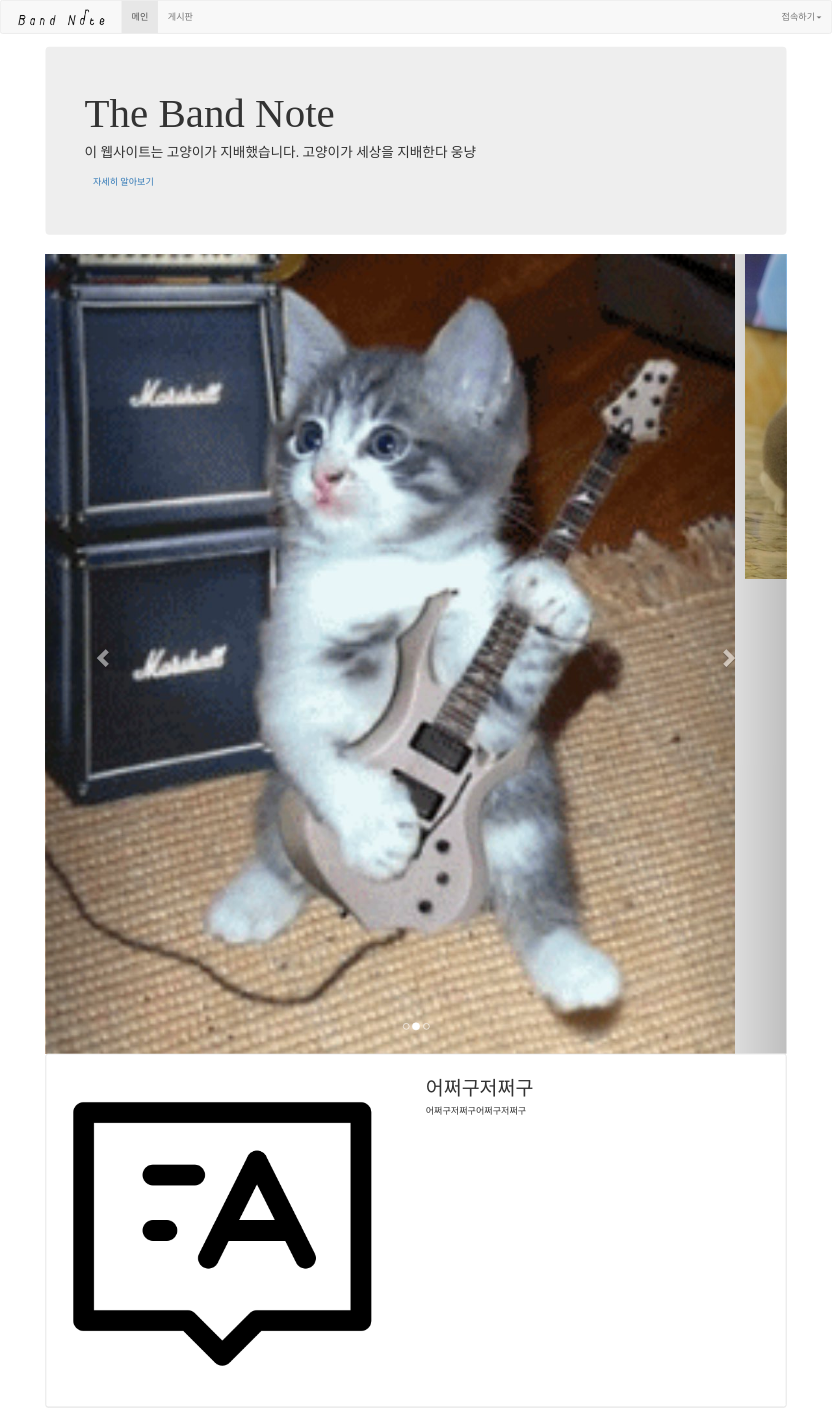
Repository: SweetFriedPotato/BandNote
Page: http://localhost/BBS/main.jsp
An editor plug-in stored every save of this project. The page is shown before and after the next save, followed by the edit.
The browser window is 1280 px wide. The pictures show the whole page, at 65% of full size.
Some web fonts or font styles are not loaded; a fallback is used. Some web libraries are served in a nearby version. The page is served by Tomcat 9. Other server files are loaded and not shown.

Above is the page before, as saved 2024-03-01 07:10:07.

### BBS/src/main/webapp/main.jsp
<%@ page language="java" contentType="text/html; charset=UTF-8"
    pageEncoding="UTF-8"%>
<%@ page import="java.io.PrintWriter" %>

<!DOCTYPE html>
<html>
<head>
<meta http-equiv="Content-Type" content="text/html; charset=UTF-8">
<meta name="viewport" content="width-device-width", initial-scale="1">
<link rel="stylesheet" href="css/bootstrap.css">
<link rel="stylesheet" href="css/custom.css">
<title>B A N D N O T E</title>
</head>
<body>
	<%
		String userID = null;
		if(session.getAttribute("userID") != null){
			userID = (String) session.getAttribute("userID");
		}
	%>

	<nav class="navbar navbar-default">
        <div class="navbar-header">
             <button type="button" class="navbar-toggle collapsed"
             data-toggle="collapse" data-target="#bs-example-navbar-collapse-1"
             aria-expanded="false">
             <span class="icon-bar"></span>
             <span class="icon-bar"></span>
             <span class="icon-bar"></span>
             </button>
             <a class="navbar-brand" href="main.jsp" style="height: 40px; margin-top: -5px;">
    			<img src="images/logo1.png" alt="BANDNOTE Logo" style="width: auto; height: 35px">
			</a>
        </div>

                <div class="collapse navbar-collapse" id="bs-example-navbar-collapse-1">
                	<ul class="nav navbar-nav">
                		<li class= "active"> <a href="main.jsp">메인</a></li>
                	    <li> <a href="bbs.jsp">게시판</a></li>
                	</ul>
                	<%
                		if(userID == null){
                	%>
                	<ul class="nav navbar-nav navbar-right">
						<li class="dropdown">
							<a href="#" class="dropdown-toggle"
								data-toggle="dropdown" role="button" aria-haspopup="true"
								aria-expanded="false">접속하기<span class="caret"></span></a>
							<ul class="dropdown-menu">
								<li><a href="login.jsp">로그인</a></li>
								<li><a href="join.jsp">회원가입</a></li>
							</ul>
						</li>
					</ul>
                	<%
                		}else{
                	%>
                	<ul class="nav navbar-nav navbar-right">
						<li class="dropdown">
							<a href="#" class="dropdown-toggle"
								data-toggle="dropdown" role="button" aria-haspopup="true"
								aria-expanded="false">회원관리<span class="caret"></span></a>
							<ul class="dropdown-menu">
								<li><a href="logoutAction.jsp">로그아웃</a></li>

							</ul>
						</li>
					</ul>
                	<%
                		}
                	%>

		</div>
	</nav>
	<div class="container">
		<div class="jumbotron">
			<h1>The Band Note</h1>
			<p>이 웹사이트는 고양이가 지배했습니다. 고양이가 세상을 지배한다 웅냥</p>
			<p><a class="btn btn=primary btn-pull" href="#" role="button">자세히 알아보기</a></p>
		</div>
	</div>

	<div class="container">
		<div id="myCarousel" class="carousel slide" data-ride="carousel">
			<ol class="carousel-indicators">
				<li data-target="#myCarousel" data-slide-to="1" class="active"></li>
				<li data-target="#myCarousel" data-slide-to="2"></li>
				<li data-target="#myCarousel" data-slide-to="3"></li>
			</ol>
			<div class="carousel-inner">
				<div class="item active">
					<img src="images/catGuitar.jpeg">
				</div>
				<div class="item">
					<img src="images/catGuitar2.png">
				</div>
				<div class="item">
					<img src="images/catGuitar3.jpeg">
				</div>
			</div>
			<a class="left carousel-control" href="#myCarousel" data-slide="prev">
				<span class="glyphicon glyphicon-chevron-left"></span>
			</a>
			<a class="right carousel-control" href="#myCarousel" data-slide="next">
				<span class="glyphicon glyphicon-chevron-right"></span>
			</a>
		</div>
	</div>


	<div class="container">
    <div class="row">
        <div class="col-sm-12">
            <div class="panel panel-default">
                <div class="panel-body">
                    <div class="row">
                        <div class="col-sm-6">
                            <img src="images/text.png" class="img-responsive" alt="Cat with Guitar" style="max-width: 100%; height: auto;">
                        </div>
                        <div class="col-sm-6">
                            <h2>어쩌구저쩌구</h2>
                            <p>어쩌구저쩌구어쩌구저쩌구</p>
                        </div>
                    </div>
                </div>
            </div>
        </div>
    </div>
</div>

   <script src="https://code.jquery.com/jquery-3.1.1.min.js"></script>
   <script src="js/bootstrap.js"></script>

</body>
</html>

### BBS/src/main/webapp/css/custom.css
@import url(http://fonts.googleapis.com/earlyaccess/hanna.css);
@import url(http://fonts.googleapis.com/earlyaccess/nanumgothic.css);


*{
	font-family: 'Nanum Gothic';
}

h1{
	font-family:'Hanna';
}

Loaded but not shown: BBS/src/main/webapp/css/bootstrap.css (library); BBS/src/main/webapp/js/bootstrap.js (library)

After the next save:
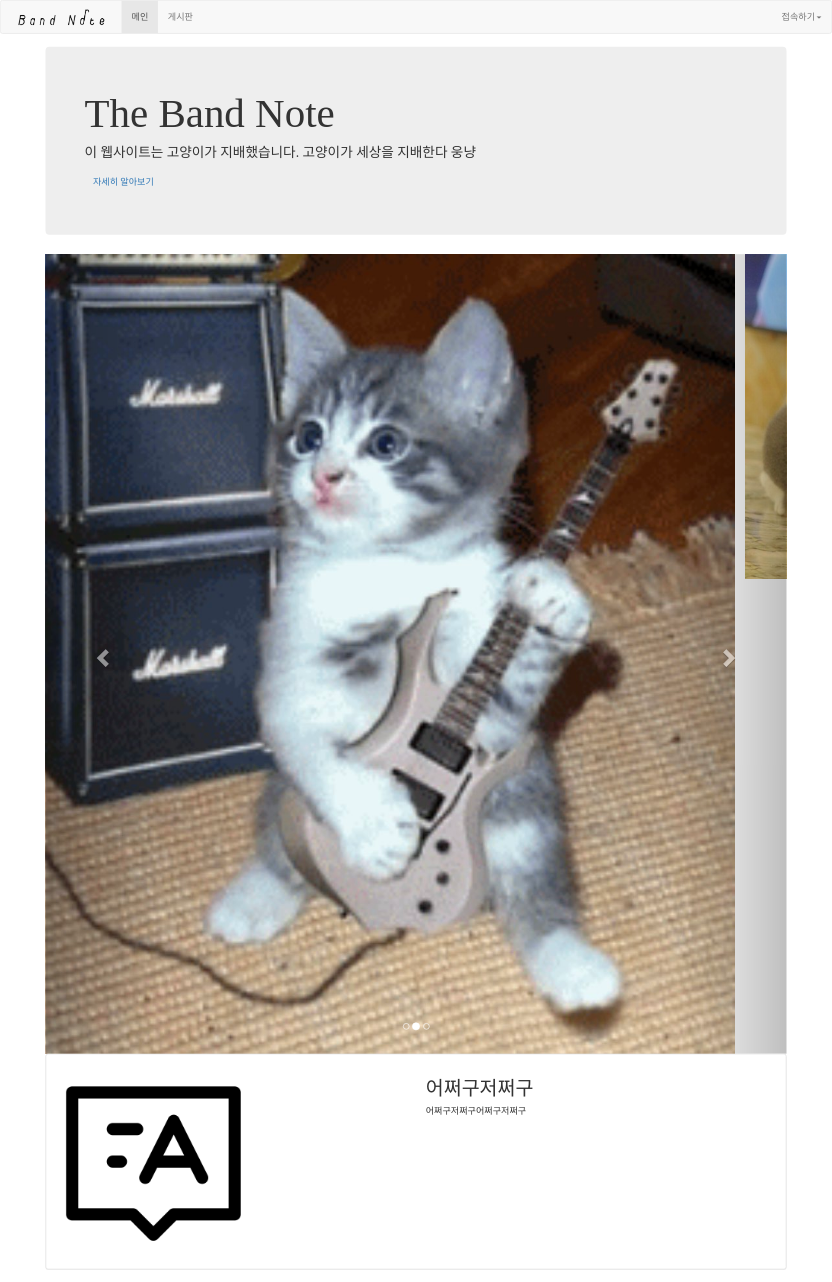
Saved 27 s later.
--- a/BBS/src/main/webapp/main.jsp
+++ b/BBS/src/main/webapp/main.jsp
@@ -115,7 +115,7 @@
                 <div class="panel-body">
                     <div class="row">
                         <div class="col-sm-6">
-                            <img src="images/text.png" class="img-responsive" alt="Cat with Guitar" style="max-width: 100%; height: auto;">
+                            <img src="images/text.png" class="img-responsive" alt="Cat with Guitar" style="width: 300px; height: auto;">
                         </div>
                         <div class="col-sm-6">
                             <h2>어쩌구저쩌구</h2>
